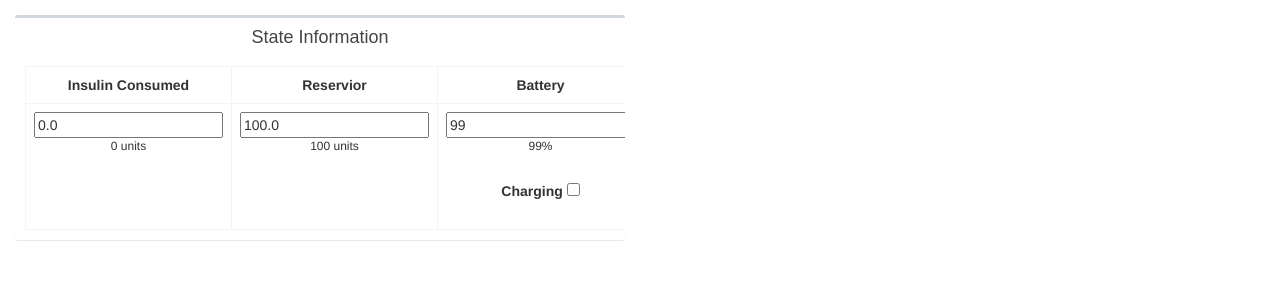
Repository: jaymitdp/AIGP_Main
Page: http://localhost/AIGP/pumpLayout/views/StatusView.jsp
These files come from the project's save history. The page is drawn as it stood at one moment and after the next save; the edit follows.
The browser window is 1280 px wide. The pictures show the whole page.
Some web fonts or font styles are not loaded; a fallback is used. The page is served by Tomcat 9. Other server files are loaded and not shown. Queries for data that is not in the repository find no rows.

Above is the page before, as saved 2018-01-28 00:44:56.
Console error: TypeError: Cannot read properties of undefined (reading 'document')

### Project/AIGP/WebContent/pumpLayout/views/StatusView.jsp
<%@ page language="java" contentType="text/html; charset=ISO-8859-1"
    pageEncoding="ISO-8859-1"%>
<!DOCTYPE html PUBLIC "-//W3C//DTD HTML 4.01 Transitional//EN" "http://www.w3.org/TR/html4/loose.dtd">
<html>
<head>
<meta http-equiv="Content-Type" content="text/html; charset=ISO-8859-1">
    <title>AIGP</title>
    <meta content='width=device-width, initial-scale=1, maximum-scale=1, user-scalable=no' name='viewport'>
    <!-- Bootstrap 3.3.4 -->
    <link href="${pageContext.request.contextPath}/pumpLayout/bootstrap/css/bootstrap.min.css" rel="stylesheet" type="text/css" />
    <!-- Font Awesome Icons -->
    <!--  <link href="https://maxcdn.bootstrapcdn.com/font-awesome/4.3.0/css/font-awesome.min.css" rel="stylesheet" type="text/css" />-->
    <link href="${pageContext.request.contextPath}/pumpLayout/plugins/font-awesome/css/font-awesome.min.css" rel="stylesheet" type="text/css" />
    <!-- Theme style -->
    <link href="${pageContext.request.contextPath}/pumpLayout/dist/css/AdminLTE.min.css" rel="stylesheet" type="text/css" />
	<link rel="shortcut icon" href="${pageContext.request.contextPath}/webLayout/AIGP.png" type="image/x-icon" />
	<!-- Theme style -->
    <link href="${pageContext.request.contextPath}/pumpLayout/plugins/iCheck/all.css" rel="stylesheet" type="text/css" />
    <!-- Wizard -->
    <link href="${pageContext.request.contextPath}/pumpLayout/plugins/wizard/easyWizard.css" rel="stylesheet" type="text/css" />
</head>
<body class="lockscreen" style="background: transparent;">

<section class="content">
	<div class="row">
            <div class="col-md-6">
             <!-- Vertical grouping -->
              <div class='box' style="background-color: rgba(255,255,255,0.6);">
                <div class='box-header' style="text-align: center;">
                  <h3 class='box-title'>State Information</h3>
                </div>
                <div class='box-body table-responsive pad'>
                  <table class='table table-bordered'>
                    <tr>
                    	<th style="text-align: center;">Insulin Consumed</th>
                      <th style="text-align: center;">Reservior</th>
                      <th style="text-align: center;">Battery</th>
                    </tr>
                    <tr>
                      <td width="33%" align="center">
                        <div class="btn-group-vertical">
                          <input id="insulinConsumed" type="text" class="knob" value="0" data-width="240" data-height="240" data-fgColor="#3c8dbc" readonly/>
                      	  <div class="knob-label">0 units</div>
                        </div>
                      </td>
                      <td width="33%" align="center">
                        <div class="btn-group-vertical">
                          <input id="reserviorLeftInput" type="text" class="knob" value="100" data-width="240" data-height="240" data-fgColor="#f56954" readonly/>
                      	  <div class="knob-label">100 units</div>
                        </div>
                      </td>
                      <td width="33%" align="center">
                        <div class="btn-group-vertical">
                          <input id="chargeLeftInput" type="text" class="knob" value="100" data-width="240" data-height="240" data-fgColor="#39CCCC" readonly/>
                      	  <div id="chargeLeft" class="knob-label">100%</div><br/>
                      	  <div class="form-group">
                          	<label>
                          	  Charging <input type="checkbox" id="isChargingOn" class="flat-red"/>
			                 </label>
                        </div>
                        </div>
                      </td>
                      </tr>
                  </table>
                </div>
              </div>
            </div>
          </div>
</section>

<!-- jQuery 2.1.4 -->
<script src="${pageContext.request.contextPath}/pumpLayout/plugins/jQuery/jQuery-2.1.4.min.js"></script>
<!-- Bootstrap 3.3.2 JS -->
<script src="${pageContext.request.contextPath}/pumpLayout/bootstrap/js/bootstrap.min.js" type="text/javascript"></script>
<!-- jQuery Knob Chart -->
<script src="${pageContext.request.contextPath}/pumpLayout/plugins/knob/jquery.knob.js" type="text/javascript"></script>
<!-- iCheck 1.0.1 -->
<script src="${pageContext.request.contextPath}/pumpLayout/plugins/iCheck/icheck.min.js" type="text/javascript"></script>

 <script type="text/javascript">

	     $(function () {

        var chargeLeft = $('#chargeLeftInput').val();
        var rateOfChange = 10000;
        var isBatteryDead = false;
        var pumpPoweredOn = true;
        var batteryLowAlert = new Audio("./../dist/sound/Windows Battery Low.wav");
        var batteryCriticallyLowAlert = new Audio("./../dist/sound/Windows Battery Critical.wav");

        computeChargeLeft();
        function computeChargeLeft() {
            	var isChargingOn = $('#isChargingOn').prop('checked');

            	if(isChargingOn && chargeLeft < 100)
            	{
            		chargeLeft = chargeLeft + 1;//chargeLeft + (100 * (1/chargeLeft));

            	}
            	if(!isChargingOn && chargeLeft > 0)
            	{
            		chargeLeft = chargeLeft - 1;//chargeLeft - (100 * (1/chargeLeft));
            		if(chargeLeft == 20)
            		{
            			batteryLowAlert.play();
            		}
            		if(chargeLeft <= 10)
            		{
            			batteryCriticallyLowAlert.play();
            		}
            	}
            	if(!isChargingOn && chargeLeft == 0)
            	{
            		isBatteryDead = true;
            	}
            	if(chargeLeft > 0)
            	{
					isBatteryDead = false;
            	}
            	if(isBatteryDead && pumpPoweredOn)
            	{
            		parent.document.getElementById("iframe1").src="about:blank";
            		pumpPoweredOn = false;
            	}
            	if(!isBatteryDead && !pumpPoweredOn)
            	{
            		parent.document.getElementById("iframe1").src="lockscreen";
            		pumpPoweredOn = true;
            	}

            	//chargeLeft = chargeLeft.toFixed();

            	$('#chargeLeftInput').val(chargeLeft).trigger('change');
            	$('#chargeLeft').html(chargeLeft + '%');
            	var batteryIcon = parent.devframeL.document.getElementById('batteryLeft');
            	if(batteryIcon != null)
            	{
            		batteryIcon.innerHTML = chargeLeft + "%";
            		//parent.devframeL.document.getElementById('batteryLeft').innerHTML = chargeLeft + "%";
            	}
            	window.setTimeout(function(){computeChargeLeft();}, rateOfChange);
         }

        $(".knob").knob({
          draw: function () {

            if (this.$.data('skin') == 'tron') {

              var a = this.angle(this.cv)  // Angle
                      , sa = this.startAngle          // Previous start angle
                      , sat = this.startAngle         // Start angle
                      , ea                            // Previous end angle
                      , eat = sat + a                 // End angle
                      , r = true;

              this.g.lineWidth = this.lineWidth;

              this.o.cursor
                      && (sat = eat - 0.3)
                      && (eat = eat + 0.3);

              if (this.o.displayPrevious) {
                ea = this.startAngle + this.angle(this.value);
                this.o.cursor
                        && (sa = ea - 0.3)
                        && (ea = ea + 0.3);
                this.g.beginPath();
                this.g.strokeStyle = this.previousColor;
                this.g.arc(this.xy, this.xy, this.radius - this.lineWidth, sa, ea, false);
                this.g.stroke();
              }

              this.g.beginPath();
              this.g.strokeStyle = r ? this.o.fgColor : this.fgColor;
              this.g.arc(this.xy, this.xy, this.radius - this.lineWidth, sat, eat, false);
              this.g.stroke();

              this.g.lineWidth = 2;
              this.g.beginPath();
              this.g.strokeStyle = this.o.fgColor;
              this.g.arc(this.xy, this.xy, this.radius - this.lineWidth + 1 + this.lineWidth * 2 / 3, 0, 2 * Math.PI, false);
              this.g.stroke();

              return false;
            }
          }
        });

      //iCheck for checkbox and radio inputs
        $('input[type="checkbox"].minimal, input[type="radio"].minimal').iCheck({
          checkboxClass: 'icheckbox_minimal-blue',
          radioClass: 'iradio_minimal-blue'
        });
        //Red color scheme for iCheck
        $('input[type="checkbox"].minimal-red, input[type="radio"].minimal-red').iCheck({
          checkboxClass: 'icheckbox_minimal-red',
          radioClass: 'iradio_minimal-red'
        });
        //Flat red color scheme for iCheck
        $('input[type="checkbox"].flat-red, input[type="radio"].flat-red').iCheck({
          checkboxClass: 'icheckbox_flat-green',
          radioClass: 'iradio_flat-green'
        });

      });

	     var updateReserviorInsulinConsumed = function (){
		  		$.ajax({
		  	        url: './../../glucoseSimulator',
		  	      data : {
		  	    	reserviorInsulinUpdates : true
		  			},
		  	        success: function(data) {
		  	        	if(data != null && data != "")
		  	        	{
		  	        		var reserviorLevel = data.split(":")[0];
		  	        		var insulinConsumed = data.split(":")[1];
		  	        		$('#reserviorLeftInput').val(reserviorLevel).trigger('change');
		  	        		$('#insulinConsumed').val(insulinConsumed).trigger('change');
		  	        	}
		  	        }
		  	    });
		      }
	     updateReserviorInsulinConsumed();
    </script>
</body>
</html>

### Project/AIGP/WebContent/pumpLayout/plugins/wizard/easyWizard.css

  .wizard-steps-panel {
    position: relative;
    margin: auto;
    height: 4em;
  }

  .wizard-steps-panel .step-number{
    display: inline-block;
    text-align: center;
    font-size: 26px;
    position: relative;
  }

  .wizard-steps-panel .step-number .number{
    width: 1.7em;
    height: 1.7em;
    background-color: #dedede;
    color: #5a5a5a;
    margin-left: calc(50% - 1.7em / 2 );
    border: 4px solid #dedede;
    border-radius: 1.7em;
  }

  .wizard-steps-panel .step-number.doing .number,
  .wizard-steps-panel .step-number.doing .number:after,
  .wizard-steps-panel .step-number.doing .number:before {
    background-color: #FF5454;
    border: 4px solid #FF5454;
    color: white;
  }

  .wizard-steps-panel .step-number.done .number,
  .wizard-steps-panel .step-number.done .number:after,
  .wizard-steps-panel .step-number.done .number:before {
    background-color: #79C447;
    border: 4px solid #79C447;
    color: white;
  }

  .wizard-steps-panel .step-number .number:before {
    content: ' ';
    position: absolute;
    border: 4px solid #dedede;
    border-radius: 4px;
    left: -4px;
    right: calc( 50% + 1.4em/2 );
    top: calc( 1.4em / 2 );
  }

  .wizard-steps-panel .step-number .number:after  {
    content: ' ';
    position: absolute;
    border: 4px solid #dedede;
    border-radius: 4px;
    left: calc( 50% + 1.4em/2 );
    right: -4px;
    top: calc( 1.4em / 2 );
  }

  .wizard-steps-panel.steps-quantity-1 .step-number {
    width: 99%;
  }

  .wizard-steps-panel.steps-quantity-2 .step-number {
    width: 49%;
  }

  .wizard-steps-panel.steps-quantity-3 .step-number {
    width: 32%;
  }

  .wizard-steps-panel.steps-quantity-4 .step-number {
    width: 24%;
  }

  .wizard-steps-panel.steps-quantity-5 .step-number {
    width: 19%;
  }

  .wizard-steps-panel.steps-quantity-6 .step-number {
    width: 15%;
  }

### Project/AIGP/src/com/aigp/glucoseSimulator.java
package com.aigp;

import java.io.IOException;
import java.text.DecimalFormat;

import javax.servlet.ServletException;
import javax.servlet.annotation.WebServlet;
import javax.servlet.http.HttpServlet;
import javax.servlet.http.HttpServletRequest;
import javax.servlet.http.HttpServletResponse;

import com.aigp.entities.ContinousGlucoseGenerator;
import com.aigp.entities.Patient;
import com.aigp.entities.PumpConfig;
import com.google.gson.*;

/**
 * Servlet implementation class glucoseSimulator
 */
@WebServlet("/glucoseSimulator")
public class glucoseSimulator extends HttpServlet {
	private static final long serialVersionUID = 1L;

    /**
     * @see HttpServlet#HttpServlet()
     */
    public glucoseSimulator() {
        super();
        // TODO Auto-generated constructor stub
    }

	/**
	 * @see HttpServlet#doGet(HttpServletRequest request, HttpServletResponse response)
	 */
	protected void doGet(HttpServletRequest request, HttpServletResponse response) throws ServletException, IOException {
		// TODO Auto-generated method stub reserviorInsulinUpdates
		String glucoseSeeker = request.getParameter("glucoseSeeker");
		if(glucoseSeeker != null && glucoseSeeker.equals(String.valueOf(true)))
		{
			response.setContentType("application/json");
		    response.setCharacterEncoding("UTF-8");
		    response.getWriter().write(glucoseDataToJson());
		}
		String reserviorInsulinUpdates = request.getParameter("reserviorInsulinUpdates");
		if(reserviorInsulinUpdates != null && reserviorInsulinUpdates.equals(String.valueOf(true)))
		{
			response.setContentType("application/text");
		    response.setCharacterEncoding("UTF-8");
		    PumpConfig pumpConfig = PumpConfig.getInstance();
		    response.getWriter().write(pumpConfig.ReserviorLevel+":"+pumpConfig.insulinConsumed);
		}
	}

	/**
	 * @see HttpServlet#doPost(HttpServletRequest request, HttpServletResponse response)
	 */
	protected void doPost(HttpServletRequest request, HttpServletResponse response) throws ServletException, IOException {
		// TODO Auto-generated method stub
		String carbIntakeCommit = request.getParameter("carbIntakeCommit");
		if(carbIntakeCommit != null && carbIntakeCommit.equals(String.valueOf(true)))
		{
			String carbIntakeUnits = request.getParameter("carbIntakeUnits");
			if(!carbIntakeUnits.isEmpty())
			{
				commitCarbohydratesIntake(carbIntakeUnits);
			}
		}
	}

	private void commitCarbohydratesIntake(String carbIntakeUnits)
	{
		Patient patient = Patient.getInstance();
		patient.setCarbIntakeUnits(Double.parseDouble(carbIntakeUnits));
	}

	private synchronized String glucoseDataToJson()
	{
		ContinousGlucoseGenerator continousGlucoseGenerator = ContinousGlucoseGenerator.getInstance();
		Gson data = new Gson();
		return data.toJson(continousGlucoseGenerator.bloodGlucoseData);
	}

}

### Project/AIGP/src/com/aigp/entities/PumpConfig.java
package com.aigp.entities;

import java.sql.ResultSet;

import com.aigp.database.dbConnection;

public class PumpConfig {

	private static PumpConfig pumpConfig = null;
	public int pumpID, MaxInsulinDosagePerDay, safeInsulinDose, idealBloodGlucoseLevel, maximumInsulinDosePerInjection;
	public boolean patientManualModeAccess, isNeedleAttached, isReserviorAttached, isModifyable, isEmergencyCase, isManualModeOn;
	public double ReserviorLevel, insulinConsumed;

	private PumpConfig()
	{
		ResultSet pumpConfigDBR = dbConnection.getPumpConfig();
		if(pumpConfigDBR != null)
		{
			try
			{
				pumpConfigDBR.next();
				this.pumpID = pumpConfigDBR.getInt("pumpID");
				this.safeInsulinDose = pumpConfigDBR.getInt("safeInsulinDose");
				this.MaxInsulinDosagePerDay = pumpConfigDBR.getInt("maximumInsulinDosePerDay");
				this.maximumInsulinDosePerInjection = pumpConfigDBR.getInt("maximumInsulinDosePerInjection");
				this.idealBloodGlucoseLevel = pumpConfigDBR.getInt("idealBloodGlucose");
				this.patientManualModeAccess = pumpConfigDBR.getBoolean("patientManualModeAccess");
				this.isNeedleAttached = pumpConfigDBR.getBoolean("isNeedleAttached");
				this.isReserviorAttached = pumpConfigDBR.getBoolean("isReserviorAttached");
				this.isModifyable = false;
				this.ReserviorLevel = 100;
				this.insulinConsumed = 0;
				this.isManualModeOn = false;

			}
			catch(Exception ex)
			{
				ex.printStackTrace();
			}
		}
	}

	public static PumpConfig getInstance()
	{
		if(pumpConfig == null)
		{
			pumpConfig = new PumpConfig();
		}
		return pumpConfig;
	}

	public void commitChanges()
	{
		dbConnection.savePumpConfig(this);
	}

	public double getReserviorLevel() {
		return ReserviorLevel;
	}

	public void setReserviorLevel(double reserviorLevel) {
		ReserviorLevel = reserviorLevel;
	}

	public double getInsulinConsumed() {
		return insulinConsumed;
	}

	public void setInsulinConsumed(double insulinConsumed) {
		this.insulinConsumed = insulinConsumed;
	}

	public void setManualModeOn(boolean isManualModeOn) {
		this.isManualModeOn = isManualModeOn;
	}

	public boolean isManualModeOn() {
		return isManualModeOn;
	}

	public void setisManualModeOn(boolean isManualModeOn) {
		this.isManualModeOn = isManualModeOn;
	}

	public boolean isEmergencyCase() {
		return isEmergencyCase;
	}

	public void setEmergencyCase(boolean isEmergencyCase) {
		this.isEmergencyCase = isEmergencyCase;
	}

	public int getMaxInsulinDosagePerDay() {
		return MaxInsulinDosagePerDay;
	}
	public void setMaxInsulinDosagePerDay(int maxInsulinDosagePerDay) {
		MaxInsulinDosagePerDay = maxInsulinDosagePerDay;
	}
	public int getSafeInsulinDose() {
		return safeInsulinDose;
	}
	public void setSafeInsulinDose(int safeInsulinDose) {
		this.safeInsulinDose = safeInsulinDose;
	}
	public int getIdealBloodGlucoseLevel() {
		return idealBloodGlucoseLevel;
	}
	public void setIdealBloodGlucoseLevel(int idealBloodGlucoseLevel) {
		this.idealBloodGlucoseLevel = idealBloodGlucoseLevel;
	}
	public int getmaximumInsulinDosePerInjection() {
		return maximumInsulinDosePerInjection;
	}
	public void setmaximumInsulinDosePerInjection(int maximumInsulinDosePerInjection) {
		this.maximumInsulinDosePerInjection = maximumInsulinDosePerInjection;
	}
	public boolean isPatientManualModeAccess() {
		return patientManualModeAccess;
	}
	public void setPatientManualModeAccess(boolean patientManualModeAccess) {
		this.patientManualModeAccess = patientManualModeAccess;
	}
	public boolean isNeedleAttached() {
		return isNeedleAttached;
	}
	public void setNeedleAttached(boolean isNeedleAttached) {
		this.isNeedleAttached = isNeedleAttached;
	}
	public boolean isReserviorAttached() {
		return isReserviorAttached;
	}
	public void setReserviorAttached(boolean isReserviorAttached) {
		this.isReserviorAttached = isReserviorAttached;
	}
	public boolean isModifyable() {
		return isModifyable;
	}
	public void setModifyable(boolean isModifyable) {
		this.isModifyable = isModifyable;
	}

}

### Project/AIGP/src/com/aigp/database/dbConnection.java
package com.aigp.database;

import java.sql.Connection;
import java.sql.Date;
import java.sql.DriverManager;
import java.sql.ResultSet;
//import java.sql.SQLException;
import java.sql.Statement;
import java.text.SimpleDateFormat;
import java.sql.PreparedStatement;
//import java.sql.ResultSetMetaData;
//import org.apache.derby.jdbc.ClientDriver;
import com.aigp.entities.*;

public class dbConnection {

	private static String dbURL = "jdbc:derby://localhost:1527/AIGP;create=true;user=jaymitdp;password=derbyCon";
	//private static String tableName = "patient";
	private static Connection conn = null;
	private static Statement stmt = null;
	private static PreparedStatement preStmt = null;

	public static void createConnection()
	{
		try {
			//ClientDriver cd = new ClientDriver();
			Class.forName("org.apache.derby.jdbc.ClientDriver").newInstance();
			conn = DriverManager.getConnection(dbURL);
			conn.setAutoCommit(false);
		}
		catch(Exception ex)
		{
			ex.printStackTrace();
		}
	}

	public static void closeConnection()
	{
		try
		{
			if(stmt != null)stmt.close();
			if(conn != null) {
				conn.close();
				conn.commit();
			}
		}
		catch(Exception ex)
		{
			ex.printStackTrace();
		}
	}

	public static ResultSet getPatient()
	{
		try {
			createConnection();
			stmt = conn.createStatement();
			ResultSet results = stmt.executeQuery("select * from patient FETCH FIRST ROW ONLY");
			//ResultSetMetaData rsmd = results.getMetaData();
			if(results != null)
			{
				return results;
			}
		}
		catch(Exception ex)
		{
			ex.printStackTrace();
		}
		return null;
	}

	public static ResultSet getPumpConfig()
	{
		try {
			createConnection();
			stmt = conn.createStatement();
			ResultSet results = stmt.executeQuery("select * from PumpConfiguration FETCH FIRST ROW ONLY");
			//ResultSetMetaData rsmd = results.getMetaData();
			if(results != null)
			{
				return results;
			}
		}
		catch(Exception ex)
		{
			ex.printStackTrace();
		}
		return null;
	}

	public static void savePatient(Patient patient)
	{
		if(patient != null)
		{
			try {
				createConnection();
				preStmt = conn.prepareStatement("UPDATE PATIENT SET patientName=?,patientDOB=? where patientID=?");
				preStmt.setString(1, patient.patientName);
				SimpleDateFormat dateFormat = new SimpleDateFormat("dd.MM.yyyy");
				Date DOB = new Date(dateFormat.parse(patient.patientDOB).getTime());
				preStmt.setDate(2, DOB);
				preStmt.setInt(3, patient.patientID);
				preStmt.execute();
				conn.commit();
			}
			catch(Exception ex)
			{
				ex.printStackTrace();
			}
		}
	}

	public static void savePatientCheckDates(Patient patient)
	{
		if(patient != null)
		{
			try {
				createConnection();
				preStmt = conn.prepareStatement("UPDATE PATIENT SET lastCheckupDate=?,nextCheckupDate=? where patientID=?");
				SimpleDateFormat dateFormat = new SimpleDateFormat("dd.MM.yyyy");
				Date lastCheckupDate = new Date(dateFormat.parse(patient.lastCheckupDate).getTime());
				Date nextCheckupDate = new Date(dateFormat.parse(patient.nextCheckupDate).getTime());
				preStmt.setDate(1, lastCheckupDate);
				preStmt.setDate(2, nextCheckupDate);
				preStmt.setInt(3, patient.patientID);
				preStmt.execute();
				conn.commit();
			}
			catch(Exception ex)
			{
				ex.printStackTrace();
			}
		}
	}

	public static void savePumpConfig(PumpConfig pumpConfig)
	{
		if(pumpConfig != null)
		{
			try {
				createConnection();
				preStmt = conn.prepareStatement("UPDATE PUMPCONFIGURATION SET isNeedleAttached = ?, isReserviorAttached = ?, idealBloodGlucose = ?, safeInsulinDose = ?, maximumInsulinDosePerDay = ?, maximumInsulinDosePerInjection = ?, patientManualModeAccess = ?");
				preStmt.setBoolean(1, pumpConfig.isNeedleAttached);
				preStmt.setBoolean(2, pumpConfig.isReserviorAttached);
				preStmt.setInt(3, pumpConfig.idealBloodGlucoseLevel);
				preStmt.setInt(4, pumpConfig.safeInsulinDose);
				preStmt.setInt(5, pumpConfig.MaxInsulinDosagePerDay);
				preStmt.setInt(6, pumpConfig.maximumInsulinDosePerInjection);
				preStmt.setBoolean(7, pumpConfig.patientManualModeAccess);
				preStmt.execute();
				conn.commit();
			}
			catch(Exception ex)
			{
				ex.printStackTrace();
			}
		}
	}
}

Loaded but not shown: Project/AIGP/WebContent/pumpLayout/bootstrap/css/bootstrap.min.css (library); Project/AIGP/WebContent/pumpLayout/plugins/font-awesome/css/font-awesome.min.css (library); Project/AIGP/WebContent/pumpLayout/dist/css/AdminLTE.min.css (library); Project/AIGP/WebContent/pumpLayout/plugins/iCheck/all.css (common file); Project/AIGP/WebContent/pumpLayout/plugins/jQuery/jQuery-2.1.4.min.js (library); Project/AIGP/WebContent/pumpLayout/bootstrap/js/bootstrap.min.js (library); Project/AIGP/WebContent/pumpLayout/plugins/knob/jquery.knob.js (library); Project/AIGP/WebContent/pumpLayout/plugins/iCheck/icheck.min.js (library); Project/AIGP/WebContent/pumpLayout/plugins/iCheck/minimal/_all.css (library); Project/AIGP/WebContent/pumpLayout/plugins/iCheck/square/_all.css (library); Project/AIGP/WebContent/pumpLayout/plugins/iCheck/flat/_all.css (library); Project/AIGP/WebContent/pumpLayout/plugins/iCheck/line/_all.css (library); Project/AIGP/WebContent/pumpLayout/plugins/iCheck/polaris/polaris.css (common file); Project/AIGP/WebContent/pumpLayout/plugins/iCheck/futurico/futurico.css (common file)

After the next save:
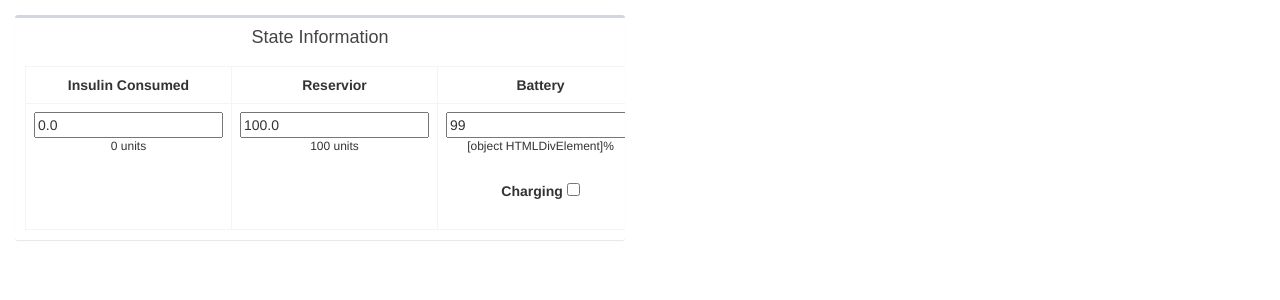
Saved 4 min 36 s later.
--- a/Project/AIGP/WebContent/pumpLayout/views/StatusView.jsp
+++ b/Project/AIGP/WebContent/pumpLayout/views/StatusView.jsp
@@ -217,6 +217,13 @@
 		  	        		var insulinConsumed = data.split(":")[1];
 		  	        		$('#reserviorLeftInput').val(reserviorLevel).trigger('change');
 		  	        		$('#insulinConsumed').val(insulinConsumed).trigger('change');
+		  	        		$('#chargeLeft').html(chargeLeft + '%');
+		  	            	var reserviorAlert = parent.devframeL.document.getElementById('reserviorAlert');
+		  	            	if(reserviorAlert != null)
+		  	            	{
+		  	            		batteryIcon.innerHTML = reserviorLevel + "%";
+		  	            		//parent.devframeL.document.getElementById('batteryLeft').innerHTML = chargeLeft + "%";
+		  	            	}
 		  	        	}
 		  	        }
 		  	    });
